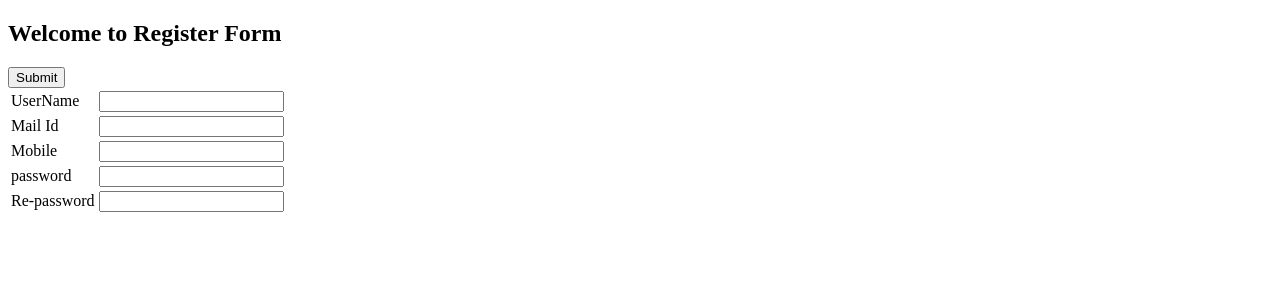
Repository: zeeshan495/Banking_project
Page: http://localhost/Banking/RegisterForm.jsp
The author's editor kept a copy of each file at every save. The page is drawn from the files as they stood at one save, then again after the next save.
The browser window is 1280 px wide. The pictures show the whole page.
The page is served by Tomcat 9. Other server files are loaded and not shown.

Above is the page before, as saved 2018-11-08 11:29:32.

### Banking/WebContent/RegisterForm.jsp
<%@ page language="java" contentType="text/html; charset=ISO-8859-1"
    pageEncoding="ISO-8859-1"%>
<!DOCTYPE html PUBLIC "-//W3C//DTD HTML 4.01 Transitional//EN" "http://www.w3.org/TR/html4/loose.dtd">
<html>
<head>
<meta http-equiv="Content-Type" content="text/html; charset=ISO-8859-1">
<title>Register</title>
</head>
<body>
<h2>Welcome to Register Form</h2>
<form>
<table>
<tr>
<td>UserName</td>
<td><input type="text" id="uName" name="userName"></td>
</tr>
<tr>
<td>Mail Id</td>
<td><input type="text" id="mail" name="mailId"></td>
</tr>
<tr>
<td>Mobile</td>
<td><input type="text" id="mobNo" name="mobileNum"></td>
</tr>
<tr>
<td>password</td>
<td><input type="text" id="passwordId" name="password"></td>
</tr>
<tr>
<td>Re-password</td>
<td><input type="text" id="repasswordId" name="repassword"></td>
</tr>
<tr>
<input type="submit">
</tr>
</table>
</form>
</body>
</html>

After the next save:
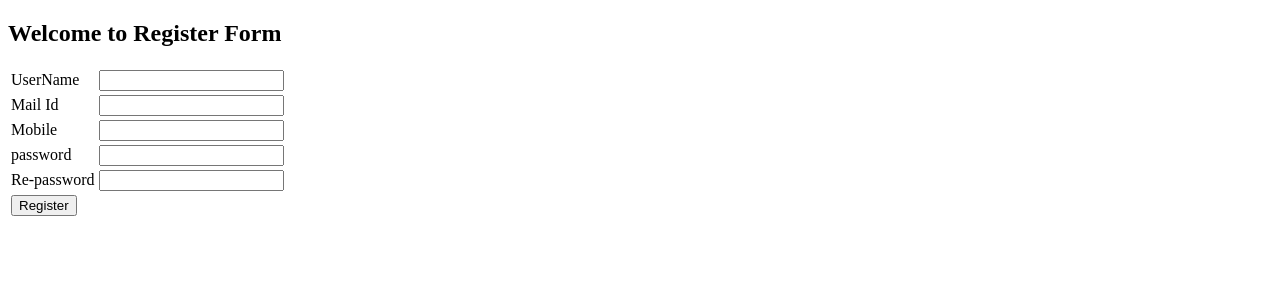
Saved 51 s later.
--- a/Banking/WebContent/RegisterForm.jsp
+++ b/Banking/WebContent/RegisterForm.jsp
@@ -31,8 +31,8 @@
 <td><input type="text" id="repasswordId" name="repassword"></td>
 </tr>
 <tr>
-<input type="submit">
-</tr>
+					<td><input type="submit" value="Register"></td>
+				</tr>
 </table>
 </form>
 </body>
